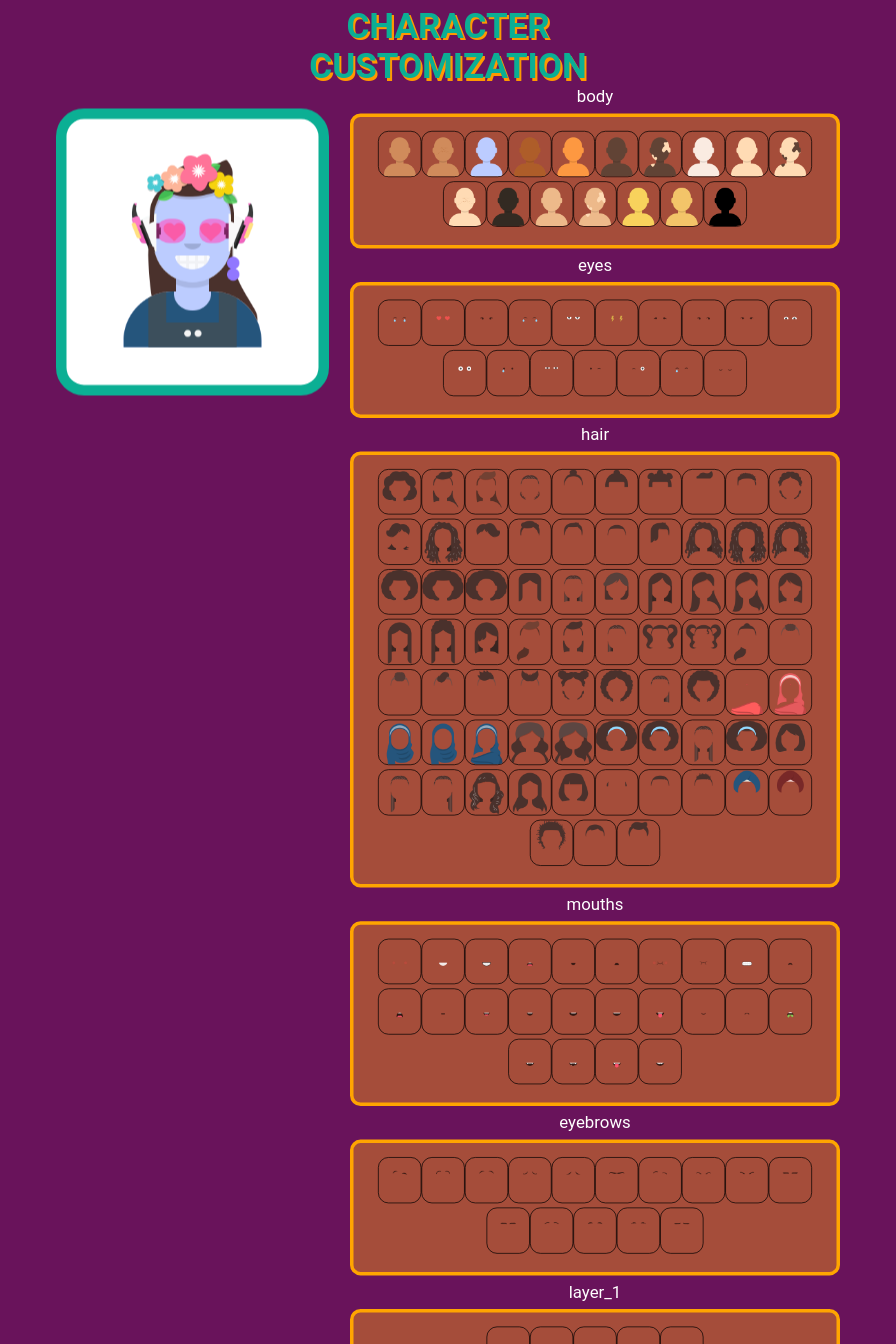
Repository: Kamaric112/react_clothing
Page: /
These files come from the project's save history. The page is drawn as it stood at one moment and after the next save; the edit follows.
The browser window is 1280 px wide. The pictures show the part of the page from y = 0 to 1920 px (the page is 3287 px tall), at 70% of full size.
The project was rebuilt for these pictures with package versions that can differ from the ones it lists, and the page was loaded fresh each time.

Above is the page before, as saved 2022-08-29 20:15:54.

### src/index.js
import React from "react";
import ReactDOM from "react-dom/client";
import App from "./components/App";

const root = ReactDOM.createRoot(document.getElementById("root"));

root.render(<App />);

### src/components/App.js
import React from "react";
import Header from "./Header";
import "./App.css";
import Avatar from "./Avatar";
import PartList from "./PartList";
import {useState} from "react"

const total = {
  body: 17,
  eyes: 17,
  hair: 73,
  mouths: 24,
  eyebrows: 15,
  hats: 28,
  glasses: 17,
  clothing1: 5,
  clothing2: 5,
  clothing3: 9,
};

function App() {


const [eyes, setEyes] = useState("eyes")
const [body, setBody] = useState("3")

const handleClick = (e) => {
  console.log(e.target.src) //change states when clicked corresponding clothing

}



  return (
    <div className="App">
      <Header />
      <div className="total-style">
        <Avatar eyes = {eyes} body = {body}/>
        <div>
        <PartList type = "body" total ="17" index = "1" handleClick={setBody} />
        <PartList type = "eyes" total ="17" index = "1" handleClick={handleClick}/>
        <PartList type = "hair" total ="73" index = "1" handleClick={handleClick}/>
        <PartList type = "mouths" total ="24" index = "1" handleClick={handleClick}/>
        <PartList type = "eyebrows" total ="15" index = "1" handleClick={handleClick}/>
        <PartList type = "layer_1" total ="5" index = "1" handleClick={handleClick}/>
        <PartList type = "layer_2" total ="5" index = "1" handleClick={handleClick}/>
        <PartList type = "layer_3" total ="9" index = "1" handleClick={handleClick}/>
        <PartList type = "earrings" total ="32" index = "1" handleClick={handleClick}/>
        <PartList type = "hats" total ="28" index = "1" handleClick={handleClick} />
        <PartList type = "glasses" total ="17" index = "1" handleClick={handleClick}/>

        </div>


      </div>
    </div>
  );
}

export default App;

### src/components/Header.js
import React from "react";

function Header() {
  return (
    <>
      <div className="title">CHARACTER</div>
      <div className="subtitle">CUSTOMIZATION</div>
    </>
  );
}

export default Header;

### src/components/App.css
*,
*::after,
*::before {
  box-sizing: content-box;
  font-family: "Roboto", sans-serif;
}

body {
	background-color: rgb(105, 19, 91);
}

.App {
	max-width: 1200px;
	margin: 0 auto;
	display: flex;
	flex-direction: column;
	align-items: center;
}

.subtitle,
.title {
  text-align: center;
}

.title,
.subtitle {
  color: #0baf94;
  font-size: 50px;
  font-weight: 700;
  text-shadow: 3px 3px #f90;
}

.total-style {
  display: flex;

  justify-content: center;
  gap: 30px;
}

.avatar {
	width: 260px;
	height: 280px;
	position: relative;
}

.avatar-wrapper {
	border-radius: 40px;
	display: inline-block;
	border: 15px solid rgb(11, 175, 148);
	padding: 50px;
	position: sticky;
	background-color: #fff;
	top: calc(50% - 205px);
}

.list-section {
  max-width: 700px;
  text-align: center;
}

.partlist {
  display: flex;
  flex-direction: column;

}

.partlist div {
  color: white;
  font-size: 1.5rem;
}
.list {
  gap: 1rem;
  background-color: rgba(255,166,9,.4);
  border: 5px solid orange;
  border-radius: 15px;
  flex-wrap: wrap;
  margin: 10px 0;
  padding: 20px;
}

.list img {
  border: 1px solid black;
  border-radius: 15px
}

/* .list img:hover {
  cursor: pointer;
} */

### src/components/Avatar.js
import React from 'react'
import Part from './Part'

function Avatar({eyes,body,index}) {
  return (
    <div>
      <div className="avatar-wrapper">
        <div className="avatar">
          <Part type="body" position="0" index = {body}/>
          <Part type="layer_1" position="1" index = "2"/>
          <Part type="layer_2" position="1" index = "2"/>
          <Part type="layer_3" position="1" index = "2"/>
          <Part type="mouths" position="2" index = "2"/>
          <Part type="noses" position="2" index = "2"/>
          <Part type="eyes" position="2" index = "2"/>
          <Part type="glasses" position="3" index = "2"/>
          <Part type="hair" position="3" index = "2"/>
          <Part type="earrings" position="3" index = "2"/>
          <Part type="hats" position="4" index = "2"/>

        </div>
      </div>
    </div>
  )
}

export default Avatar

### src/components/PartList.js
import React from 'react'


function PartList({type,index,total,handleClick}) {

  let parts=[]
  const accessories = ["hats","glasses","earrings"]
  const clothing = ["layer_1","layer_2","layer_3"]



  for (index;index<= total; index++) {
    if ( accessories.includes(type)) {
      parts.push( <img key= {index} src={`character/accessories/${type}/${index}.png`} width="60px" onClick= {handleClick} alt= {type}/>)
    } else if ( clothing.includes(type)) {
      parts.push( <img key= {index} src={`character/clothes/${type}/${index}.png`} width="60px" onClick={handleClick} alt= {type}/>)
    }
    else {
      parts.push( <img key= {index} src={`character/${type}/${index}.png`} width="60px" onClick={handleClick} alt= {type}/>)
    }
  }


  return (
      <div className="list-section">
        <div className="partlist">
          <div>{type}</div>
          <div className="list">
            {parts}
          </div>
        </div>
      </div>
  )
}

export default PartList

### src/components/Part.js
import React from 'react'

function Part({type,position,index}) {

  const accessories = ["hats","glasses","earrings"]
  const clothing = ["layer_1","layer_2","layer_3"]

  const commonStyle = {
    position: "absolute",
    width: "260px",
    zIndex: `${position}`
  }
  if ( accessories.includes(type)) {
    return (<img src={`character/accessories/${type}/${index}.png`}  alt={`${type}`}  style= {commonStyle}/>)
  } else if ( clothing.includes(type)) {
  return (<img src={`character/clothes/${type}/${index}.png`}  alt={`${type}`}  style= {commonStyle}/>)
  } else if (type ==="noses") {
    return (<img src={`character/${type}/1.png`} alt={`${type}`} style= {commonStyle}/>)
  } else {
    return (<img src={`character/${type}/${index}.png`}  alt={`${type}`} style= {commonStyle}/>)
  }
}
export default Part

Loaded but not shown: public/index.html (common file)

After the next save:
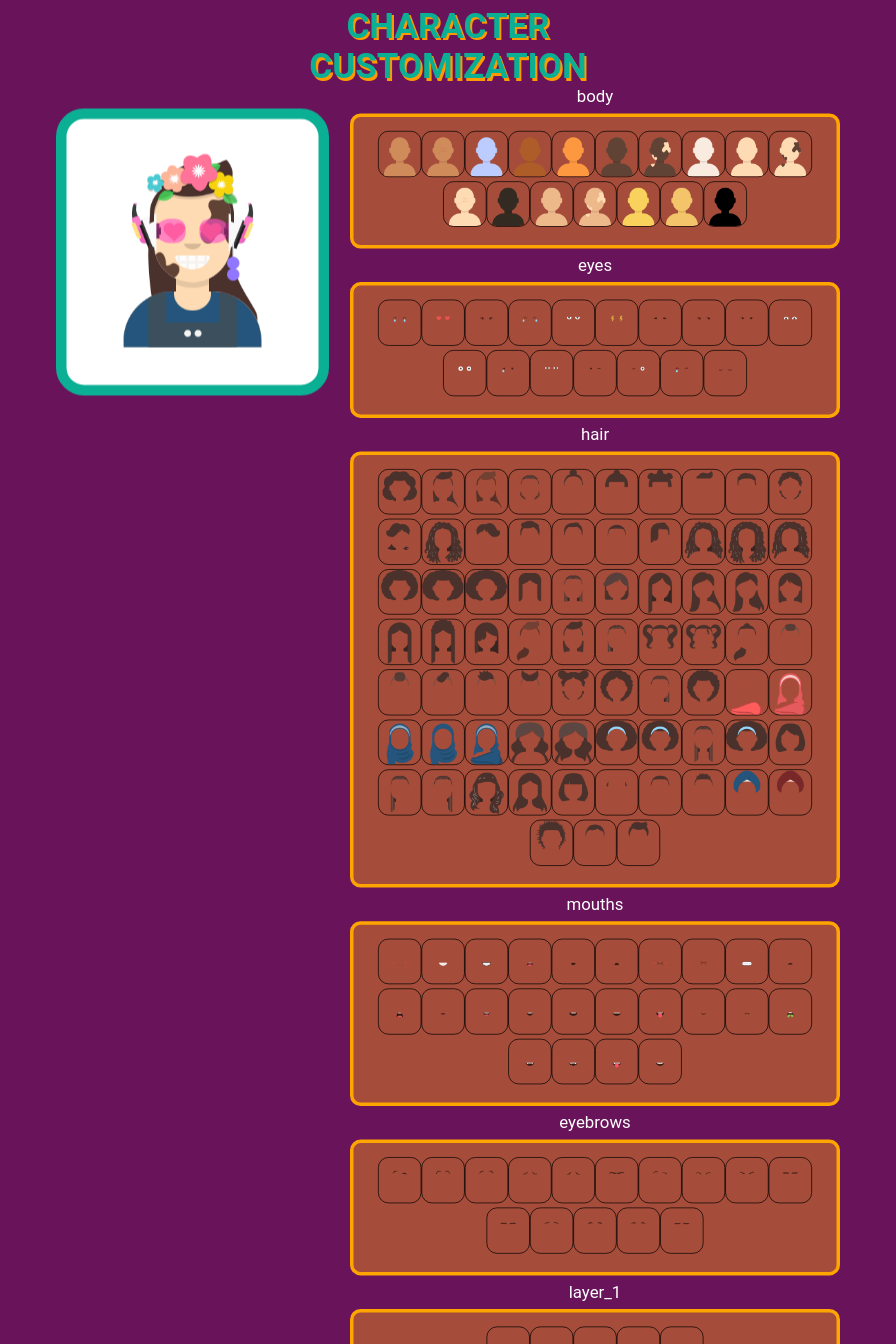
Saved 20 s later.
--- a/src/components/App.js
+++ b/src/components/App.js
@@ -22,7 +22,7 @@ function App() {
 
 
 const [eyes, setEyes] = useState("eyes")
-const [body, setBody] = useState("3")
+const [body, setBody] = useState("10")
 
 const handleClick = (e) => {
   console.log(e.target.src) //change states when clicked corresponding clothing
